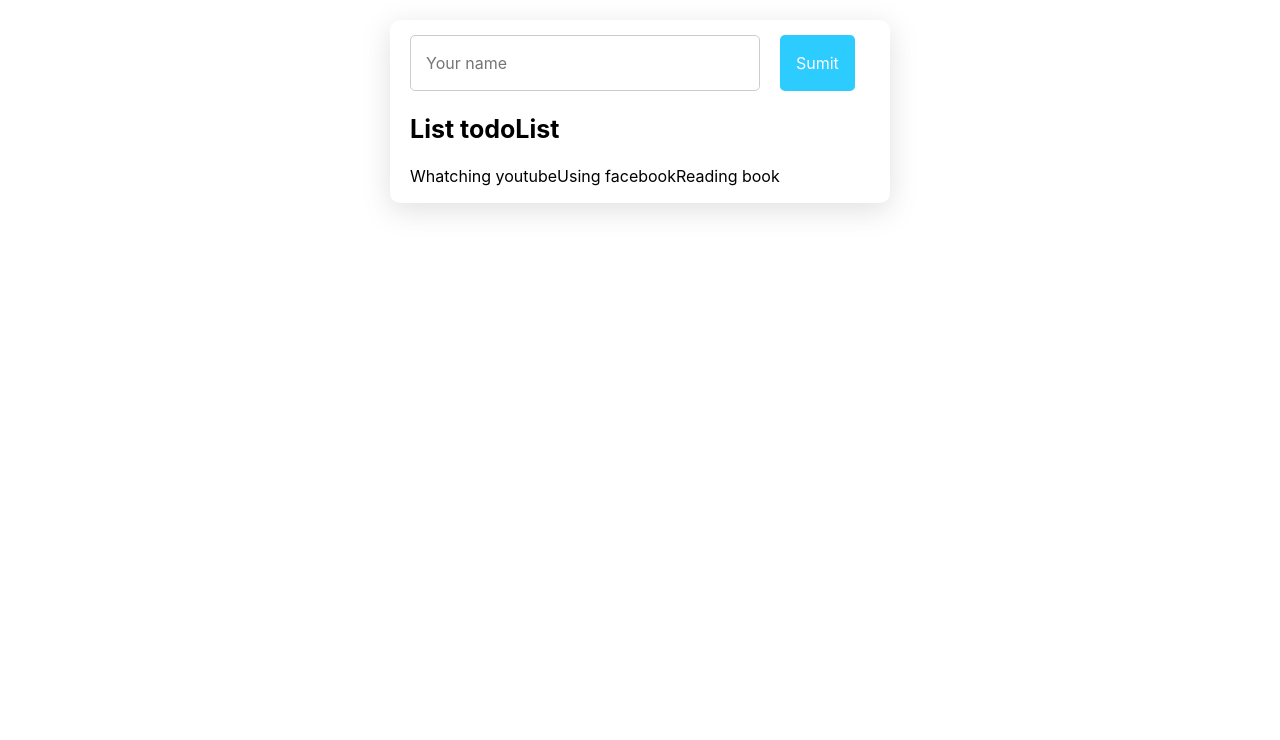
Repository: hoang0508/ReactJsHoiDanIT
Page: /
These files come from the project's save history. The page is drawn as it stood at one moment and after the next save; the edit follows.
The browser window is 1280 px wide. The pictures show the whole page.
The project was rebuilt for these pictures with package versions that can differ from the ones it lists, and the page was loaded fresh each time.

Above is the page before, as saved 2022-02-04 16:27:45.

### src/App.js
// import logo from "./logo.svg";
import "./App.css";
import TodoList from "./components/TodoApp/TodoList";

const App = () => {
  return <TodoList />;
};

export default App;

### src/App.css
*,
*::before,
*::after {
  box-sizing: border-box;
}
body,
h1,
h2,
h3,
h4,
h5,
h6,
p,
figure,
picture {
  margin: 0;
}
body {
  min-height: 100vh;
  line-height: 1.5;
}
input,
button,
select,
textarea {
  font: inherit;
}
img,
picture {
  display: block;
  max-width: 100%;
}
/* remove animation for people who've turned them off */
@media (prefers-reduced-motion: reduce) {
  *,
  *::before,
  *::after {
    animation-duration: 0.01ms !important;
    animation-iteration-count: 1 !important;
    transition-duration: 0.01ms !important;
    scroll-behavior: auto !important;
  }
}

### src/components/TodoApp/TodoList.js
import React, { useState } from "react";
import "./TodoList.scss";
const TodoList = () => {
  const [nameTodo, setNameTodo] = useState("");
  const [listTodo, setListTodo] = useState([
    {
      id: 1,
      name: "Whatching youtube",
    },
    {
      id: 2,
      name: "Using facebook",
    },
    {
      id: 3,
      name: "Reading book",
    },
  ]);
  console.log(">> check data:", listTodo);
  const handleChangeTodo = (e) => {
    setNameTodo(e.target.value);
  };
  const handleClickTodo = (e) => {
    let todoItem = {
      id: Math.floor(Math.random() * 1000),
      name: nameTodo,
    };
    setListTodo([...listTodo, todoItem]);
  };
  return (
    <>
      <div className="todo">
        <form>
          <input
            className="todo-input"
            type="text"
            placeholder="Your name"
            // value={nameTodo}
            onChange={(e) => handleChangeTodo(e)}
          />
          <button
            className="todo-btn"
            type="button"
            onClick={(e) => handleClickTodo(e)}
          >
            Sumit
          </button>
        </form>
        <div>
          <h3 className="todo-title">List todoList</h3>
          <div className="todo-list">
            {listTodo &&
              listTodo.length > 0 &&
              listTodo.map((item, index) => (
                <div key={item.id} className="todo-item">
                  <div className="todo-name">{item.name}</div>
                </div>
              ))}
          </div>
        </div>
      </div>
    </>
  );
};

// class TodoList extends React.Component {
//   // Khai báo state
//   state = {
//     name: "Hoang",
//   };
//   render() {
//     return (
//       <>
//         <input
//           placeholder="Your name"
//           onChange={(e) => this.setState({ name: e.target.value })}
//         />
//         <div>Hello {this.state.name}</div>
//       </>
//     );
//   }
// }

export default TodoList;

### src/components/TodoApp/TodoList.scss
.todo {
  max-width: 500px;
  width: 100%;
  margin: 20px auto;
  padding: 15px 20px;
  background-color: #fff;
  box-shadow: rgba(100, 100, 111, 0.2) 0px 7px 29px 0px;
  border-radius: 10px;
  overflow: hidden;
  form {
    margin-bottom: 20px;
  }
  &-input {
    max-width: 350px;
    width: 100%;
    border: 1px solid #ccc;
    outline: none;
    padding: 15px;
    border-radius: 5px;
  }
  &-btn {
    border: 0;
    padding: 16px;
    outline: none;
    cursor: pointer;
    background-color: #2cccff;
    color: #fff;
    border-radius: 5px;
    margin-left: 20px;
  }
  &-title {
    font-size: 25px;
    margin-bottom: 15px;
  }
  &-list {
    display: flex;
    flex-wrap: wrap;
    align-items: center;
  }
}

Loaded but not shown: public/index.html (common file); src/index.js (common file); src/index.css (common file); src/reportWebVitals.js (common file)

After the next save:
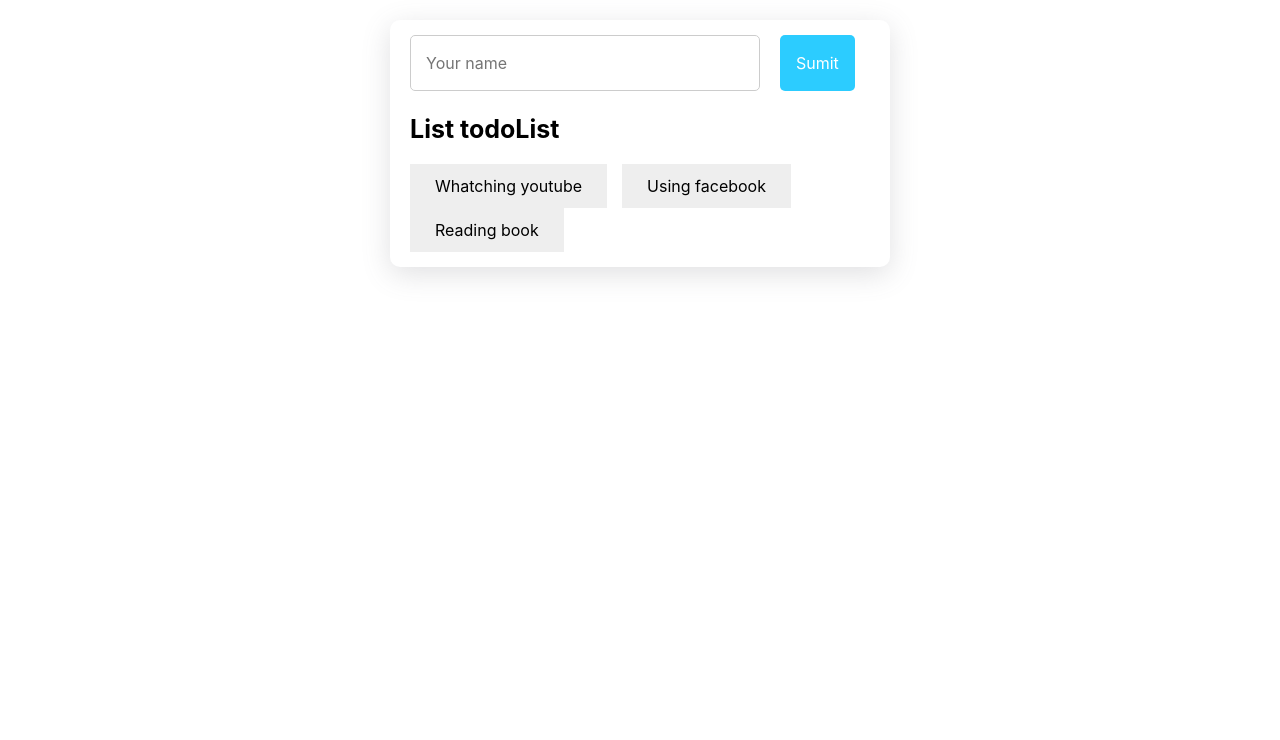
Saved 43 s later.
--- a/src/components/TodoApp/TodoList.scss
+++ b/src/components/TodoApp/TodoList.scss
@@ -36,5 +36,10 @@
     display: flex;
     flex-wrap: wrap;
     align-items: center;
+    gap: 0 15px;
+  }
+  &-item {
+    background-color: #eee;
+    padding: 10px 25px;
   }
 }
